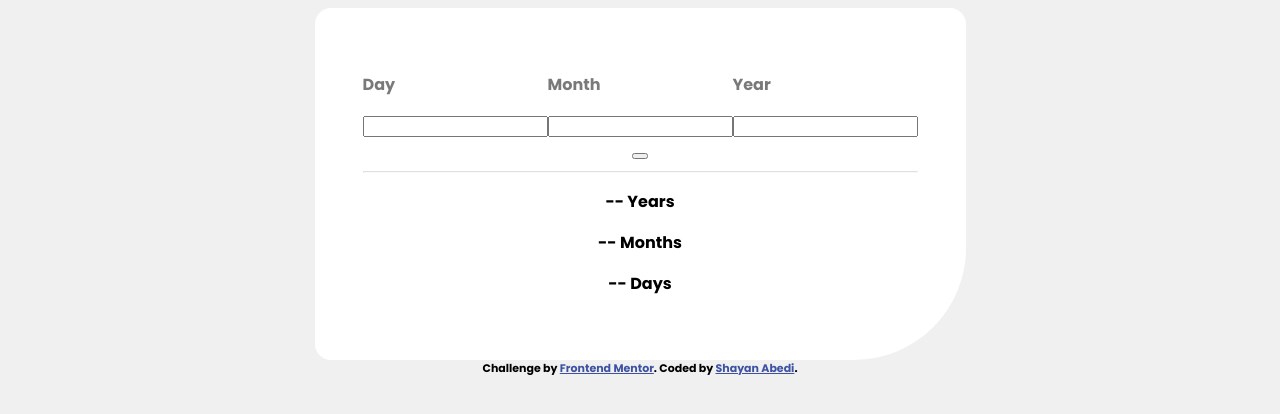
Repository: shayanabedi98/age-calculator
Page: index.html
An editor plug-in stored every save of this project. The page is shown before and after the next save, followed by the edit.
The browser window is 1280 px wide. The pictures show the whole page.

Above is the page before, as saved 2023-09-18 19:22:49.

### index.html
<!DOCTYPE html>
<html lang="en">
<head>
  <meta charset="UTF-8">
  <meta name="viewport" content="width=device-width, initial-scale=1.0">
  <link rel="icon" type="image/png" sizes="32x32" href="./assets/images/favicon-32x32.png">
  <link rel="stylesheet" href="styles.css">
  <title>Frontend Mentor | Age calculator app</title>
</head>
<body>

  <div class="grid-container">
    <div class="dob">
      <div class="day">
        <p>Day</p>
        <input type="text">
      </div>
      <div class="month">
        <p>Month</p>
        <input type="text">
      </div>
      <div class="year">
        <p>Year</p>
        <input type="text">
      </div>
    </div>
    <div class="calculate">
      <button></button>
    </div>
    <hr>
    <div class="results">
      <p id="age-year">-- Years</p>
      <p id="age-month">-- Months</p>
      <p id="age-day">-- Days</p>
    </div>
  </div>

  <div class="attribution">
    Challenge by <a href="https://www.frontendmentor.io?ref=challenge" target="_blank">Frontend Mentor</a>.
    Coded by <a href="#">Shayan Abedi</a>.
  </div>
  <script src="index.js"></script>
</body>
</html>

### styles.css
@font-face {
    font-family: Poppins-Bold;
    src: url(./assets/fonts/Poppins-Bold.ttf);
}



body {
    font-family: 'Poppins-Bold', sans-serif;
    background-color: rgba(240,240,240,255);
    display: grid;
    justify-content: center;
}

.grid-container {
    background-color: white;
    border-radius: 1em 1em 7em 1em;
    padding: 3em;
    text-align: center;
}

.dob {
    display: grid;
    grid-template-columns: 1fr 1fr 1fr;
    text-align: start;
}

.dob p {
    color: rgba(121,121,121,255);
}



hr {
    opacity: 30%;
}

.attribution {
    font-size: 11px; text-align: center;
}

.attribution a {
    color: hsl(228, 45%, 44%);
}

Loaded but not shown: index.js (common file)

After the next save:
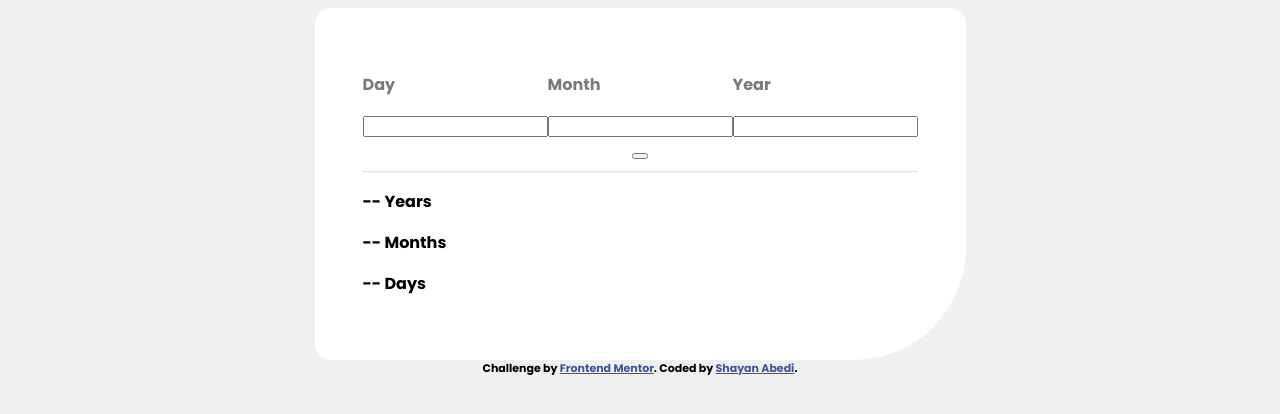
Saved 19 s later.
--- a/styles.css
+++ b/styles.css
@@ -29,7 +29,9 @@ body {
     color: rgba(121,121,121,255);
 }
 
-
+.results {
+    text-align: start;
+}
 
 hr {
     opacity: 30%;
